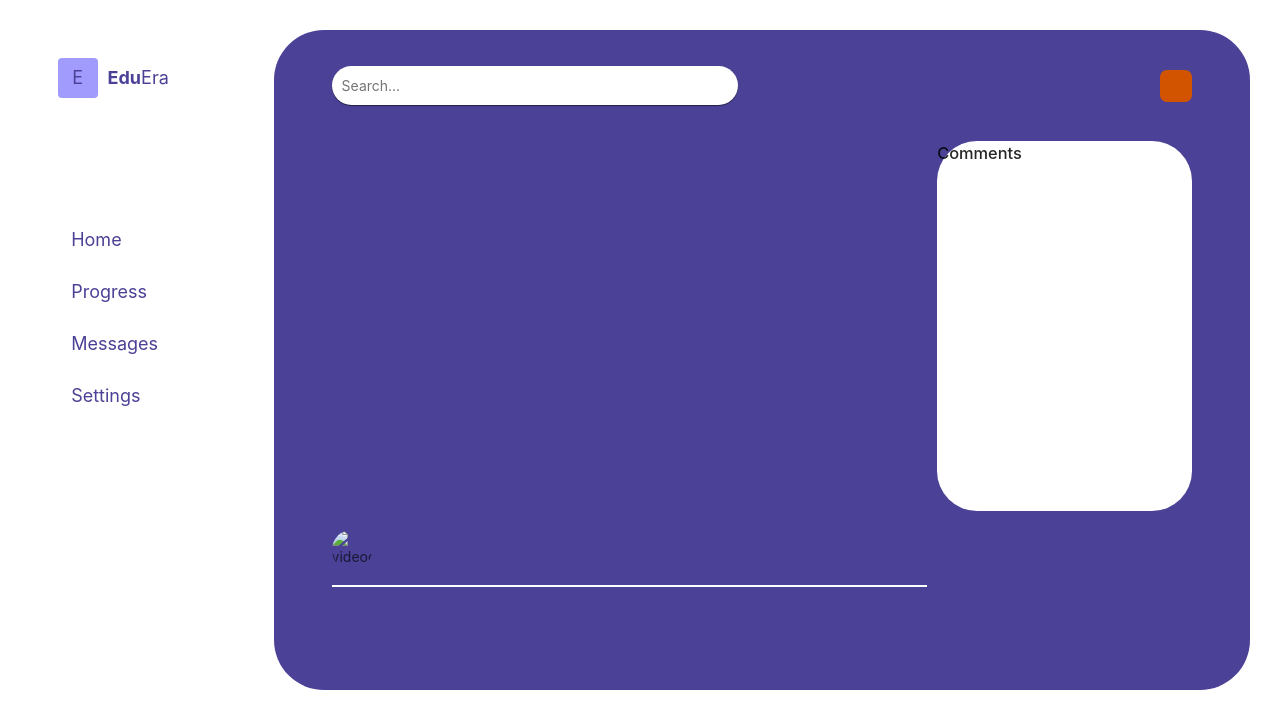
Repository: huynhnt1406/coursestorage
Page: /videodetail/1 (app in coursestorage/)
The author's editor kept a copy of each file at every save. The page is drawn from the files as they stood at one save, then again after the next save.
The browser window is 1280 px wide. The pictures show the whole page.
The page's requests for data from a server got no answer. The project was rebuilt for these pictures with package versions that can differ from the ones it lists, and the page was loaded fresh each time. No one was signed in, and anything a server would have sent is missing. Also part of the build but not shown: coursestorage/src/components/ListItems.vue, coursestorage/src/components/VideoList.vue, coursestorage/src/smallcomponents/Messages.vue, coursestorage/src/smallcomponents/Progress.vue, coursestorage/src/smallcomponents/Settings.vue.

Above is the page before, as saved 2021-05-02 01:08:27.

### coursestorage/src/main.js
import Vue from 'vue'
import App from './App.vue'
import 'ant-design-vue/dist/antd.css'
import Antd from 'ant-design-vue';
import router from './router/index';
import store from './stores/index'
Vue.config.productionTip = false
Vue.use(Antd);
new Vue({
  router,
  store,
  render: h => h(App),
}).$mount('#app')

### coursestorage/src/App.vue
<template>
  <div class="container">
    <div class="sidebar">
      <Sidebar/>
    </div>
    <div class="main">
      <SearchBar/>
      <router-view/>
    </div>
  </div>
</template>

<script>
import Sidebar from './components/Sidebar'
import SearchBar from './components/SearchBar'
export default {
  components:{
    Sidebar,
    SearchBar,
  }
}
</script>

<style>
*{
  margin:0
}
.container{
  background-color:white;
  min-height: 100vh;
  display: flex;
}
.main{
  flex:0.8;
  background-color:#4b4196;
  margin:30px;
  border-radius: 50px;
}
</style>

### coursestorage/src/router/index.js
import Vue from 'vue'
import VueRouter from 'vue-router'
import VideoList from '../components/VideoList'
import Messages from '../smallcomponents/Messages'
import Progress from '../smallcomponents/Progress'
import Settings from '../smallcomponents/Settings'
import VideoDetail from '../smallcomponents/VideoDetail'
Vue.use(VueRouter)
const routes = [
    {
        path:'/',
        name:'VideoList',
        component:VideoList
    },
    {
        path:'/progress',
        name:'Progress',
        component:Progress
    },
    {
        path:'/messages',
        name:'Messages',
        component:Messages
    },
    {
        path:'/settings',
        name:'Settings',
        component:Settings
    },
    {
        path:'/videodetail/:id',
        name:'VideoDetail',
        component:VideoDetail,
        props:true
    }
]
export default new VueRouter({
    routes,
    mode:'history'
})

### coursestorage/src/stores/index.js
import Vue from 'vue'
import Vuex from 'vuex'
import videolists from './modules/videolists'
Vue.use(Vuex)

export default new Vuex.Store({
    modules:{
        videolists
    }
})

### coursestorage/src/components/Sidebar.vue
<template>
  <div class="sidebar">
      <div class="sidebar-header">
          <a-avatar shape="square" size="large" style="backgroundColor:#a29bfe ; marginRight:10px">E</a-avatar>
          <span><strong>Edu</strong>Era</span>
      </div>
      <div class="sidebar-links">
          <div class="link">
              <a-icon style="color:#a29bfe " type="appstore"/>
              <router-link class="sidebar-link" to="/"><span>Home</span></router-link>
          </div>
           <div class="link">
               <a-icon style="color:#a29bfe " type="bar-chart" />
               <router-link class="sidebar-link" to="/progress"><span>Progress</span></router-link>
          </div>
           <div class="link">
                <a-icon style="color:#a29bfe " type="message" />
                <router-link class="sidebar-link" to="/messages">

                <span>Messages</span></router-link>
          </div>
           <div class="link">
                <a-icon style="color:#a29bfe ; opacity:0.7" type="setting" />
                <router-link class="sidebar-link" to="/settings"><span>Settings</span></router-link>
          </div>
      </div>
  </div>
</template>

<script>
export default {

}
</script>

<style>
.sidebar{
    flex:0.2;
    background-color:white;
}
.sidebar-header{
    display: flex;
    align-items: center;
    padding:8vh 0 8vh 8vh
}
.sidebar-header span{
    color:#4b4196;
    font-size: large;
}
.sidebar-links{
    padding:8.5vh;
}
.link{
    display: flex;
    margin-bottom:5px;
    align-items: center;
    padding:10px 0 10px 0;
    color:#4b4196;
}
.sidebar-link{
    color:#4b4196;
    font-size: 18px;
}
.sidebar-link:focus{
    color:#d35400;
}
.link span{
    margin-left:10px;
}
.link:hover{
    color:#d35400;
    cursor: pointer;
}
</style>

### coursestorage/src/components/SearchBar.vue
<template>
  <div class="searchbar">
    <div class="search-tool">
        <a-icon type="search"  />
        <input type="text" placeholder="Search..." >
    </div>
    <div class="icons">
        <a-avatar shape="square" icon="user" type="user" style="color:black ;backgroundColor:transparent; border-radius:7px "  />
        <a-avatar shape="square" style="backgroundColor:#d35400 ;border-radius:7px " icon="fire" />
    </div>
  </div>
</template>

<script>
export default {

}
</script>

<style>
.searchbar{
    padding:5vh 8vh 5vh 8vh;
    display: flex;
    justify-content: space-between;
    align-items: center;
    flex:1;
}
.search-tool {
    background-color: white;
    box-shadow: 0 1px 1px rgba(0,0,0,.5);
    padding:8px;
    flex:0.5;
    border-radius: 20px;
}
.search-tool input{
    width: 50%;
    background-color: transparent;
    border:none;
    outline:none;
}
</style>

### coursestorage/src/smallcomponents/VideoDetail.vue
<template>
    <div class="video-detail">
        <div class="video-actions">
            <div class="video-left">
                <iframe height="370px" width="100%" :src="videodata.videoLink" frameborder="0"></iframe>
                <div class="video-stats">
                    <div class="stats-left">
                        <img :src="videodata.avatarUrl" alt="videodata.name">
                        <span>{{videodata.channelName}}</span>
                    </div>
                    <div class="stats-rights">
                        <div class="button">
                            <a-icon style="margin-right:5px ; color:white; font-weight:bold" type="like" />
                            <span>{{videodata.numLike}}</span>
                        </div>
                        <div class="button">
                            <a-icon style="margin-right:5px ; color:white; font-weight:bold" type="dislike" />
                            <span>{{videodata.numDislike}}</span>
                        </div>
                        <div style="margin-right:5px ; color:white; font-weight:bold" class="button">
                            <a-icon type="share-alt" />
                        </div>
                    </div>
                </div>
            </div>
            <div class="video-right">
                <h3>Comments</h3>
            </div>
        </div>
        <div class="video-subtitle">
            <h3>{{videodata.name}}</h3>
        </div>
    </div>
</template>

<script>
import axios from 'axios'
export default {
    props:{
        id:Number
    },
    data(){
        return{
            videodata:{
                id:'',
                name:'',
                numLike:'',
                numDislike:'',
                avatarUrl:'',
                videoLink:'',
                channelName:''
            }
        }
    },
    created(){
        axios.get(`http://localhost:3000/videolists/${this.id}`)
            .then(res => this.videodata = res.data)
    }
}
</script>

<style>
.video-actions{
    display: flex;
}
.video-left{
    flex:0.7;
}
.video-detail{
    margin-left: 8vh;
    margin-right: 8vh;
}
.stats-left img{
    height: 40px;
    width: 40px;
    border-radius: 50%;
}
.stats-left{
    display: flex;
    align-items: center;
}
.stats-rights{
    display: flex;
    align-items: center;
}
.video-stats{
    display: flex;
    justify-content: space-between;
    align-items: center;
    padding-top:2vh;
    padding-bottom: 2vh;
    border-bottom: 2px solid white;
}
.button{
    margin-left:3vh;
}
.video-left iframe {
    border-radius: 40px;
}
.stats-left span{
    font-weight: 700;
    color:white;
    font-size: 16px;
    margin-left:10px;
}
.button span{
    font-weight: 500;
    color:white;
    font-size: 15px;

}
.video-subtitle h3{
    margin-top: 2vh;
    color:white;
}
.video-right{
    background-color: white;
    height: 370px;
    flex:0.3;
    margin-left:10px;
    border-radius: 40px;
}
</style>

### coursestorage/src/stores/modules/videolists.js
const state = {
    videolists:[
        {
            id:1,
            name:"Laravel 8 REST API With Sanctum Authentication",
            minutes:'54:14',
            avatarUrl:'https://yt3.ggpht.com/ytc/AAUvwng963DN2_MIbKuvMWRrN4KG920h3Y4YHg6KET9vZg=s176-c-k-c0x00ffffff-no-rj',
            thumnailUrl:'https://i.ytimg.com/vi/MT-GJQIY3EU/maxresdefault.jpg',
            channelName:'Traversy Media',
        },
        {
            id:2,
            name:"Node.js and Express.js - Full Course",
            minutes:'8:16:47',
            avatarUrl:'https://yt3.ggpht.com/ytc/AAUvwnifaQZvAunS0OFb2y_cieoVjLCVjqQW8Exf3BC1gg=s176-c-k-c0x00ffffff-no-rj',
            thumnailUrl:'https://i.ytimg.com/vi/Oe421EPjeBE/maxresdefault.jpg',
            channelName:'freeCodeCamp.org',
        },
        {
            id:3,
            name:"React JS - React Tutorial for Beginners",
            minutes:'2:25:26',
            avatarUrl:'https://yt3.ggpht.com/ytc/AAUvwnj82Lirw0dg6V5pJWAcWdG22OESyldUcDwAFEqQWg=s176-c-k-c0x00ffffff-no-rj',
            thumnailUrl:'https://i.ytimg.com/vi/Ke90Tje7VS0/maxresdefault.jpg',
            channelName:'Programming with Mosh',
        },
        {
            id:4,
            name:"Vuex Crash Course | State Management",
            minutes:'1:01:18',
            avatarUrl:'https://yt3.ggpht.com/ytc/AAUvwng963DN2_MIbKuvMWRrN4KG920h3Y4YHg6KET9vZg=s176-c-k-c0x00ffffff-no-rj',
            thumnailUrl:'https://i.ytimg.com/vi/5lVQgZzLMHc/maxresdefault.jpg',
            channelName:'Travesy Media',
        }
    ]
}
const getters = {
    allVideos: (state) => state.videolists
}
const actions = {}
const mutations = {}
export default {
    state, getters,actions,mutations
}

Loaded but not shown: coursestorage/public/index.html (common file)

After the next save:
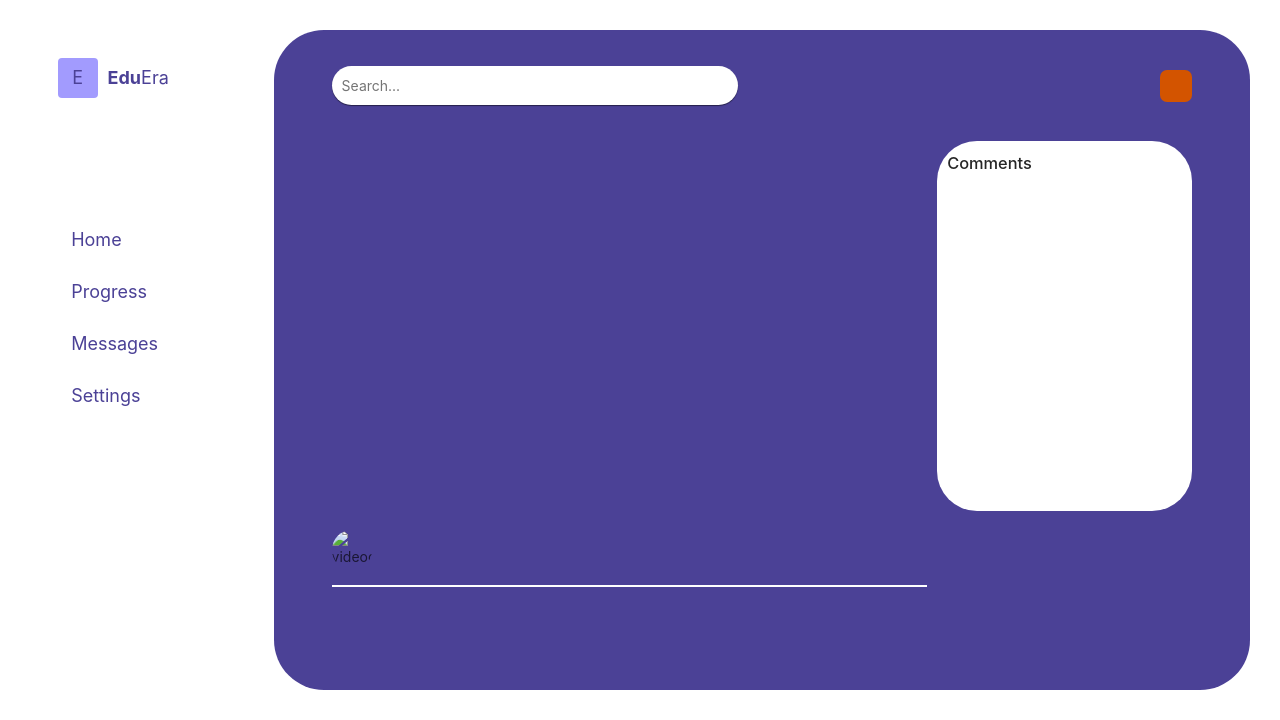
Saved 15 s later.
--- a/coursestorage/src/smallcomponents/VideoDetail.vue
+++ b/coursestorage/src/smallcomponents/VideoDetail.vue
@@ -120,4 +120,7 @@ export default {
     margin-left:10px;
     border-radius: 40px;
 }
+.video-right h3{
+    padding:10px;
+}
 </style>
